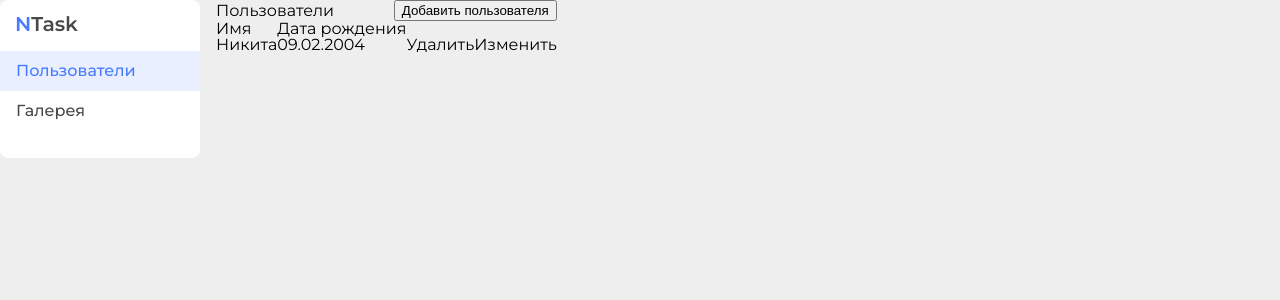
Repository: Grid-Master/NTask
Page: /
The author's editor kept a copy of each file at every save. The page is drawn from the files as they stood at one save, then again after the next save.
The browser window is 1280 px wide. The pictures show the whole page.
The project was rebuilt for these pictures with package versions that can differ from the ones it lists, and the page was loaded fresh each time.

Above is the page before, as saved 2023-06-04 19:18:20.

### public/index.html
<!DOCTYPE html>
<html lang="en">
  <head>
    <meta charset="utf-8" />
    <link rel="icon" href="%PUBLIC_URL%/favicon.ico" />
    <meta name="viewport" content="width=device-width, initial-scale=1" />
    <meta name="theme-color" content="#000000" />
    <meta name="description" content="Web site created using create-react-app" />
    <link rel="apple-touch-icon" href="%PUBLIC_URL%/logo192.png" />
    <link rel="preconnect" href="https://fonts.googleapis.com" />
    <link rel="preconnect" href="https://fonts.gstatic.com" crossorigin />
    <link
      href="https://fonts.googleapis.com/css2?family=Montserrat:wght@300;400;500;600;700&display=swap"
      rel="stylesheet" />
    <link rel="manifest" href="%PUBLIC_URL%/manifest.json" />
    <title>React App</title>
  </head>
  <body>
    <noscript>You need to enable JavaScript to run this app.</noscript>
    <div id="root"></div>
  </body>
</html>

### src/index.css
html, body, div, span, applet, object, iframe,
h1, h2, h3, h4, h5, h6, p, blockquote, pre,
a, abbr, acronym, address, big, cite, code,
del, dfn, em, img, ins, kbd, q, s, samp,
small, strike, strong, sub, sup, tt, var,
b, u, i, center,
dl, dt, dd, ol, ul, li,
fieldset, form, label, legend,
table, caption, tbody, tfoot, thead, tr, th, td,
article, aside, canvas, details, embed,
figure, figcaption, footer, header, hgroup,
menu, nav, output, ruby, section, summary,
time, mark, audio, video {
	margin: 0;
	padding: 0;
	border: 0;
	font-size: 100%;
	font: inherit;
	vertical-align: baseline;
}
/* HTML5 display-role reset for older browsers */
article, aside, details, figcaption, figure,
footer, header, hgroup, menu, nav, section {
	display: block;
}
body {
	line-height: 1;
}
ol, ul {
	list-style: none;
}
blockquote, q {
	quotes: none;
}
blockquote:before, blockquote:after,
q:before, q:after {
	content: '';
	content: none;
}
table {
	border-collapse: collapse;
	border-spacing: 0;
}
body {
  margin: 0;
  font-family: Montserrat;
  background: #EEEEEE;
}

code {
  font-family: source-code-pro, Menlo, Monaco, Consolas, 'Courier New',
    monospace;
}

### src/App.tsx
import './App.css';
import Navbar from './components/navabar/Navbar';
import UserList from './components/userList/UserList';

function App() {
  return (
    <div className="App">
      <Navbar />
      <UserList />
    </div>
  );
}

export default App;

### src/App.css
.App {
  display: flex;
  align-items:start;
  gap: 16px;
}

### src/components/navabar/Navbar.tsx
import { FC } from 'react';
import './navbar.sass';
const logo = require('../../images/logo.png');

const Navbar: FC = () => {
  return (
    <div className="navbar">
      <div className="navbar__imagecontainer">
        <img src={logo} alt="logo" />
      </div>
      <div className="navbar__item navbar__active">Пользователи</div>
      <div className="navbar__item">Галерея</div>
    </div>
  );
};

export default Navbar;

### src/components/userList/UserList.tsx
import React, { FC } from 'react';
import './userList.sass';

const UserList: FC = () => {
  return (
    <div className="userList">
      <div>
        <h1 className="userList__title">Пользователи</h1>
        <button className="userList__addUserBtn">Добавить пользователя</button>
      </div>
      <table className="userList__table">
        <tr>
          <td>Имя</td>
          <td>Дата рождения</td>
          <td></td>
          <td></td>
        </tr>
        <tr>
          <td>Никита</td>
          <td>09.02.2004</td>
          <td>Удалить</td>
          <td>Изменить</td>
        </tr>
      </table>
    </div>
  );
};

export default UserList;

### src/components/navabar/navbar.sass
.navbar
    width: 200px
    height: 158px
    background: #FFFFFF
    border-radius: 8px
    &__imagecontainer
        padding: 16px 0
        margin-left: 16px
    &__item
        padding: 8px 16px
        cursor: pointer
        font-weight: 500
        font-size: 16px
        line-height: 150%
        color: #484848
    &__active
        background: #E9EFFF
        color: #477AFF

### src/components/userList/userList.sass
.userList
    >div
        display: flex
        align-items: center
        justify-content: space-between
        &__title
            font-weight: 600
            font-size: 24px
            line-height: 150%
            color: #484848

Loaded but not shown: src/index.tsx (common file)

After the next save:
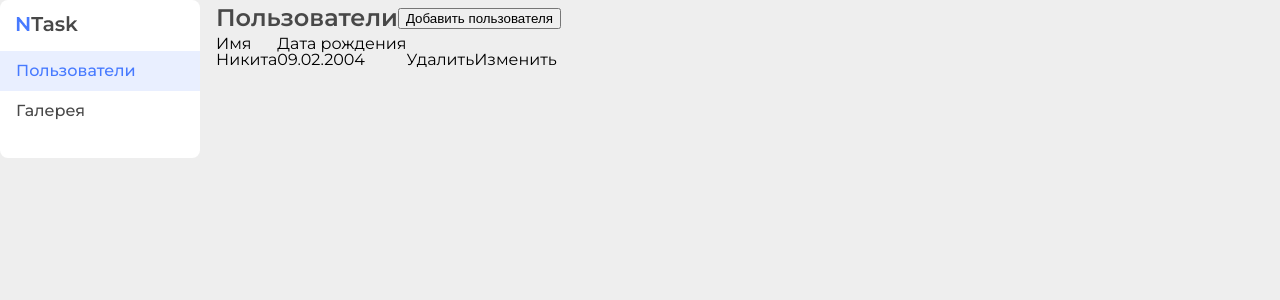
Saved 5 s later.
--- a/src/components/userList/userList.sass
+++ b/src/components/userList/userList.sass
@@ -3,8 +3,8 @@
         display: flex
         align-items: center
         justify-content: space-between
-        &__title
-            font-weight: 600
-            font-size: 24px
-            line-height: 150%
-            color: #484848
+    &__title
+        font-weight: 600
+        font-size: 24px
+        line-height: 150%
+        color: #484848
